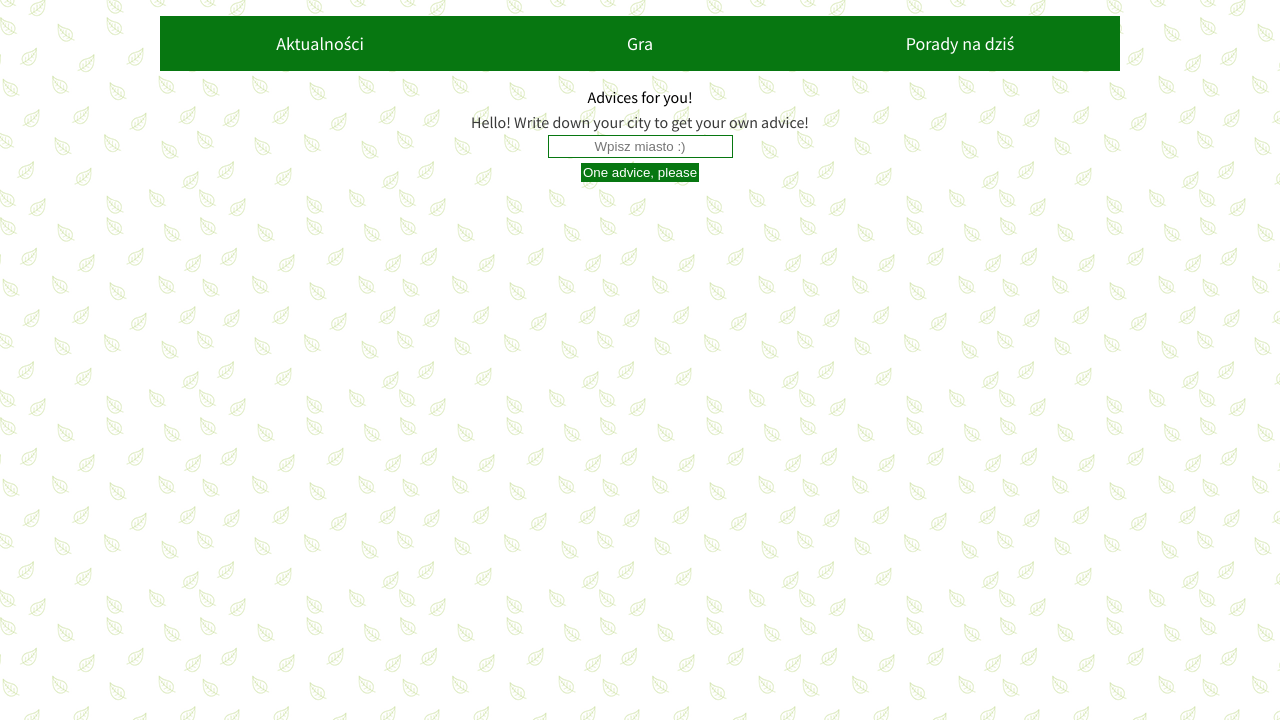
Repository: Karina-00/hackyea
Page: hackyea-master/frontend/pogoda/advice.html
These files come from the project's save history. The page is drawn as it stood at one moment and after the next save; the edit follows.
The browser window is 1280 px wide. The pictures show the whole page.

Above is the page before, as saved 2019-09-15 13:45:36.

After the next save:
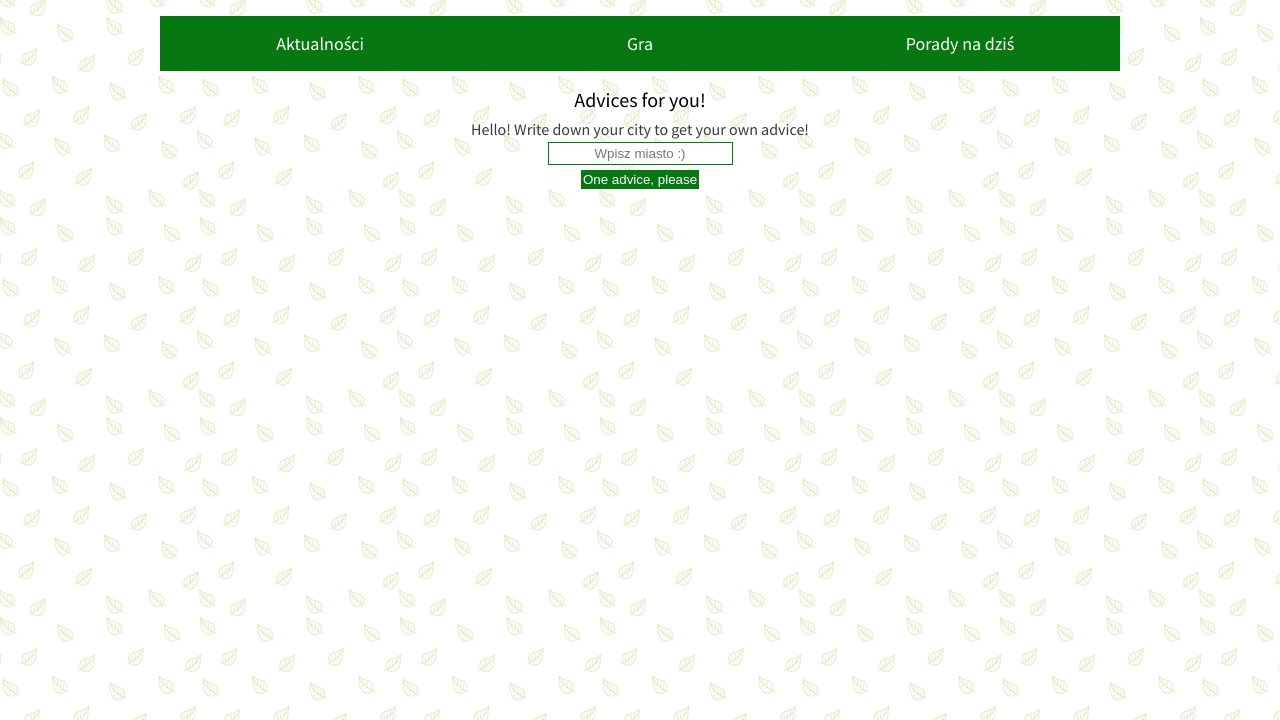
Saved 66 s later.
--- a/hackyea-master/frontend/pogoda/pogoda.css
+++ b/hackyea-master/frontend/pogoda/pogoda.css
@@ -5,15 +5,15 @@ body{
 .ramka{
     border: 1px solid rgba(0, 0, 0, 0.575);
     background-color: rgba(127, 255, 212, 0.137);
-    margin-bottom: 4px;
+    margin-bottom: 6px;
 }
 .welcome
 {
     margin-bottom: 3px;
 }
 #h{
-    font-size: 16px;
-    margin: 5px;
+    font-size: 20px;
+    margin: 7px;
     color: black;
 }
 #city{
